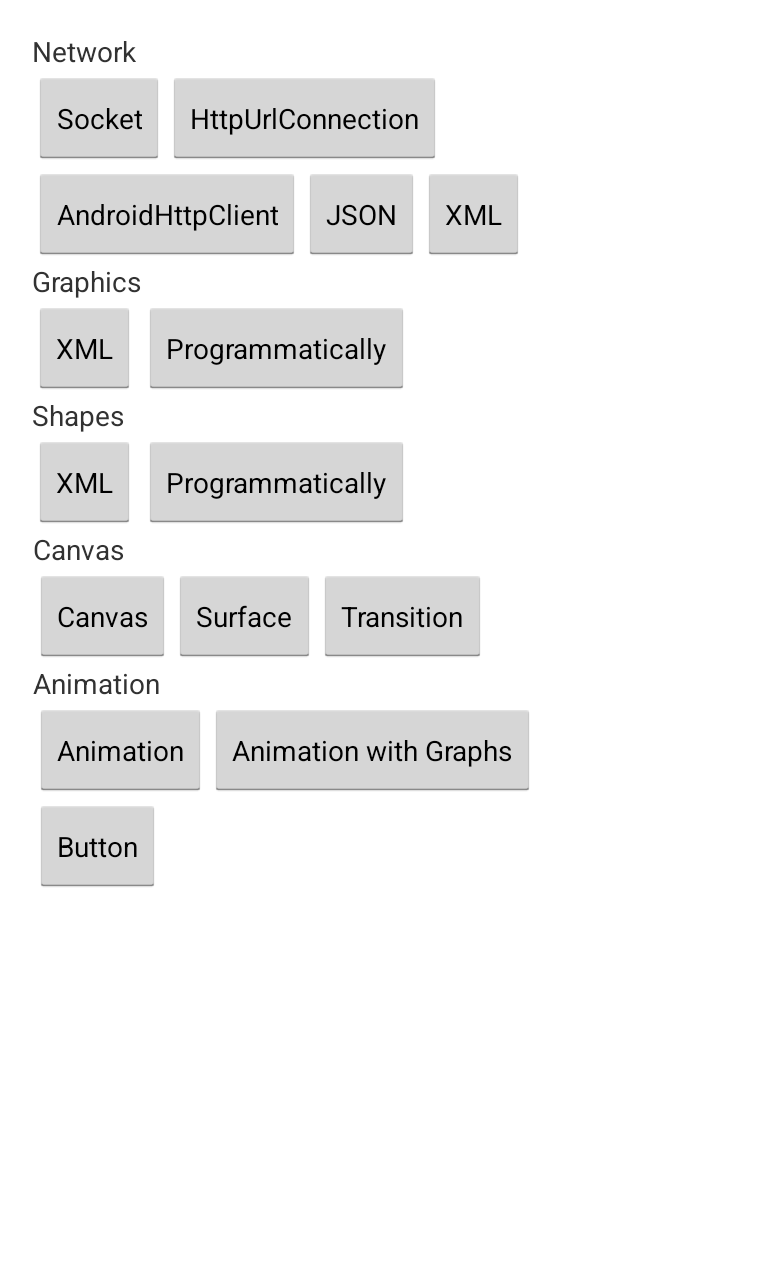
Repository: Amir13/Android_Basic_Steps
Layout: ViewElements4/res/layout/activity_main.xml
These files come from the project's save history. The layout is drawn as it stood at one moment and after the next save; the edit follows.
It is drawn on a 768 x 1280 px phone screen (xhdpi) without system bars, with theme AppTheme; the app's code is not run.

Above is the layout before, as saved 2014-06-09 02:20:45.

### ViewElements4/res/layout/activity_main.xml
<RelativeLayout xmlns:android="http://schemas.android.com/apk/res/android"
    xmlns:tools="http://schemas.android.com/tools"
    android:layout_width="match_parent"
    android:layout_height="match_parent"
    android:paddingBottom="@dimen/activity_vertical_margin"
    android:paddingLeft="@dimen/activity_horizontal_margin"
    android:paddingRight="@dimen/activity_horizontal_margin"
    android:paddingTop="@dimen/activity_vertical_margin"
    tools:context=".MainActivity" >

    <TextView
        android:id="@+id/textView1"
        android:layout_width="wrap_content"
        android:layout_height="wrap_content"
        android:text="@string/network" />

    <Button
        android:id="@+id/btnSocket"
        style="?android:attr/buttonStyleSmall"
        android:layout_width="wrap_content"
        android:layout_height="wrap_content"
        android:layout_alignParentLeft="true"
        android:layout_below="@+id/textView1"
        android:text="Socket" />

    <Button
        android:id="@+id/btnHttp"
        style="?android:attr/buttonStyleSmall"
        android:layout_width="wrap_content"
        android:layout_height="wrap_content"
        android:layout_alignBaseline="@+id/btnSocket"
        android:layout_alignBottom="@+id/btnSocket"
        android:layout_toRightOf="@+id/btnSocket"
        android:text="HttpUrlConnection" />

    <Button
        android:id="@+id/btnAndroid"
        style="?android:attr/buttonStyleSmall"
        android:layout_width="wrap_content"
        android:layout_height="wrap_content"
        android:layout_alignLeft="@+id/btnSocket"
        android:layout_below="@+id/btnSocket"
        android:text="AndroidHttpClient" />

    <Button
        android:id="@+id/btnJson"
        style="?android:attr/buttonStyleSmall"
        android:layout_width="wrap_content"
        android:layout_height="wrap_content"
        android:layout_alignTop="@+id/btnAndroid"
        android:layout_toRightOf="@+id/btnAndroid"
        android:text="JSON" />

    <Button
        android:id="@+id/btnXml"
        style="?android:attr/buttonStyleSmall"
        android:layout_width="wrap_content"
        android:layout_height="wrap_content"
        android:layout_alignBaseline="@+id/btnJson"
        android:layout_alignBottom="@+id/btnJson"
        android:layout_toRightOf="@+id/btnJson"
        android:text="@string/xml" />

    <Button
        android:id="@+id/btnGraphXml"
        style="?android:attr/buttonStyleSmall"
        android:layout_width="wrap_content"
        android:layout_height="wrap_content"
        android:layout_alignLeft="@+id/textView2"
        android:layout_below="@+id/textView2"
        android:text="@string/xml" />

    <Button
        android:id="@+id/btnGraphProg"
        style="?android:attr/buttonStyleSmall"
        android:layout_width="wrap_content"
        android:layout_height="wrap_content"
        android:layout_alignBaseline="@+id/btnGraphXml"
        android:layout_alignBottom="@+id/btnGraphXml"
        android:layout_toRightOf="@+id/textView2"
        android:text="@string/programmatically" />

    <TextView
        android:id="@+id/textView2"
        android:layout_width="wrap_content"
        android:layout_height="wrap_content"
        android:layout_alignLeft="@+id/btnAndroid"
        android:layout_below="@+id/btnAndroid"
        android:text="@string/title_activity_android_graphics" />

    <TextView
        android:id="@+id/textView3"
        android:layout_width="wrap_content"
        android:layout_height="wrap_content"
        android:layout_alignLeft="@+id/btnGraphXml"
        android:layout_below="@+id/btnGraphXml"
        android:text="@string/title_activity_android_shapes" />

    <Button
        android:id="@+id/btnShapeXml"
        style="?android:attr/buttonStyleSmall"
        android:layout_width="wrap_content"
        android:layout_height="wrap_content"
        android:layout_alignLeft="@+id/textView3"
        android:layout_below="@+id/textView3"
        android:text="@string/xml" />

    <Button
        android:id="@+id/btnShapeProgra"
        style="?android:attr/buttonStyleSmall"
        android:layout_width="wrap_content"
        android:layout_height="wrap_content"
        android:layout_alignBaseline="@+id/btnShapeXml"
        android:layout_alignBottom="@+id/btnShapeXml"
        android:layout_alignLeft="@+id/btnGraphProg"
        android:text="@string/programmatically" />

    <TextView
        android:id="@+id/textView4"
        android:layout_width="wrap_content"
        android:layout_height="wrap_content"
        android:layout_alignRight="@+id/textView3"
        android:layout_below="@+id/btnShapeXml"
        android:text="@string/title_activity_android_canvas" />

    <Button
        android:id="@+id/btnCanvas"
        style="?android:attr/buttonStyleSmall"
        android:layout_width="wrap_content"
        android:layout_height="wrap_content"
        android:layout_alignLeft="@+id/textView4"
        android:layout_below="@+id/textView4"
        android:text="@string/title_activity_android_canvas" />

    <Button
        android:id="@+id/btnSurface"
        style="?android:attr/buttonStyleSmall"
        android:layout_width="wrap_content"
        android:layout_height="wrap_content"
        android:layout_alignTop="@+id/btnCanvas"
        android:layout_toRightOf="@+id/btnCanvas"
        android:text="@string/title_activity_android_surface" />

    <Button
        android:id="@+id/btnTransition"
        style="?android:attr/buttonStyleSmall"
        android:layout_width="wrap_content"
        android:layout_height="wrap_content"
        android:layout_alignBottom="@+id/btnSurface"
        android:layout_toRightOf="@+id/btnSurface"
        android:text="@string/title_activity_android_transition" />

    <Button
        android:id="@+id/btnAnimation2"
        style="?android:attr/buttonStyleSmall"
        android:layout_width="wrap_content"
        android:layout_height="wrap_content"
        android:layout_alignTop="@+id/btnAnimation"
        android:layout_toRightOf="@+id/btnAnimation"
        android:text="@string/title_activity_android_animation2" />

    <TextView
        android:id="@+id/textView5"
        android:layout_width="wrap_content"
        android:layout_height="wrap_content"
        android:layout_alignLeft="@+id/btnCanvas"
        android:layout_below="@+id/btnCanvas"
        android:text="@string/title_activity_android_animation" />

    <Button
        android:id="@+id/btnAnimation"
        style="?android:attr/buttonStyleSmall"
        android:layout_width="wrap_content"
        android:layout_height="wrap_content"
        android:layout_alignLeft="@+id/textView5"
        android:layout_below="@+id/textView5"
        android:text="@string/title_activity_android_animation" />

    <Button
        android:id="@+id/button1"
        style="?android:attr/buttonStyleSmall"
        android:layout_width="wrap_content"
        android:layout_height="wrap_content"
        android:layout_alignLeft="@+id/btnAnimation"
        android:layout_below="@+id/btnAnimation"
        android:text="Button" />

</RelativeLayout>

### ViewElements4/res/values/strings.xml
<?xml version="1.0" encoding="utf-8"?>
<resources>

    <string name="app_name">ViewElements4</string>
    <string name="action_settings">Settings</string>
    <string name="network">Network</string>
    <string name="title_activity_http_result">HttpResult</string>
    <string name="title_activity_http_url_connection">NetworkHttpUrlConnection</string>
    <string name="title_activity_android_http">NetworkAndroidHttpClient</string>
    <string name="title_activity_android_json">NetworkAndroidJson</string>
    <string name="title_activity_android_xml">NetworkAndroidXml</string>
    <string name="title_activity_android_graphics">Graphics</string>
    <string name="title_activity_android_shapes">Shapes</string>
    <string name="title_activity_android_shapesXml">Shapes</string>
    <string name="title_activity_android_canvas">Canvas</string>
    <string name="title_activity_android_surface">Surface</string>
    <string name="title_activity_android_transition">Transition</string>
    <string name="title_activity_android_animation">Animation</string>
    <string name="title_activity_android_animation2">Animation with Graphs</string>
    <string name="title_activity_android_value_animation">Value Animation</string>
    <string name="title_activity_android_property_animation">Property Animation</string>
    <string name="http_result">This is the result from http request.</string>
    <string name="textViewRequest">Doing the request.....</string>
    <string name="programmatically">Programmatically</string>
    <string name="xml">XML</string>
    <string name="surface">surface</string>

</resources>

Loaded but not shown: ViewElements4/res/values/styles.xml (common file); ViewElements4/res/values-v11/styles.xml (common file); ViewElements4/res/values-v14/styles.xml (common file); ViewElements4/res/values/dimens.xml (common file)

After the next save:
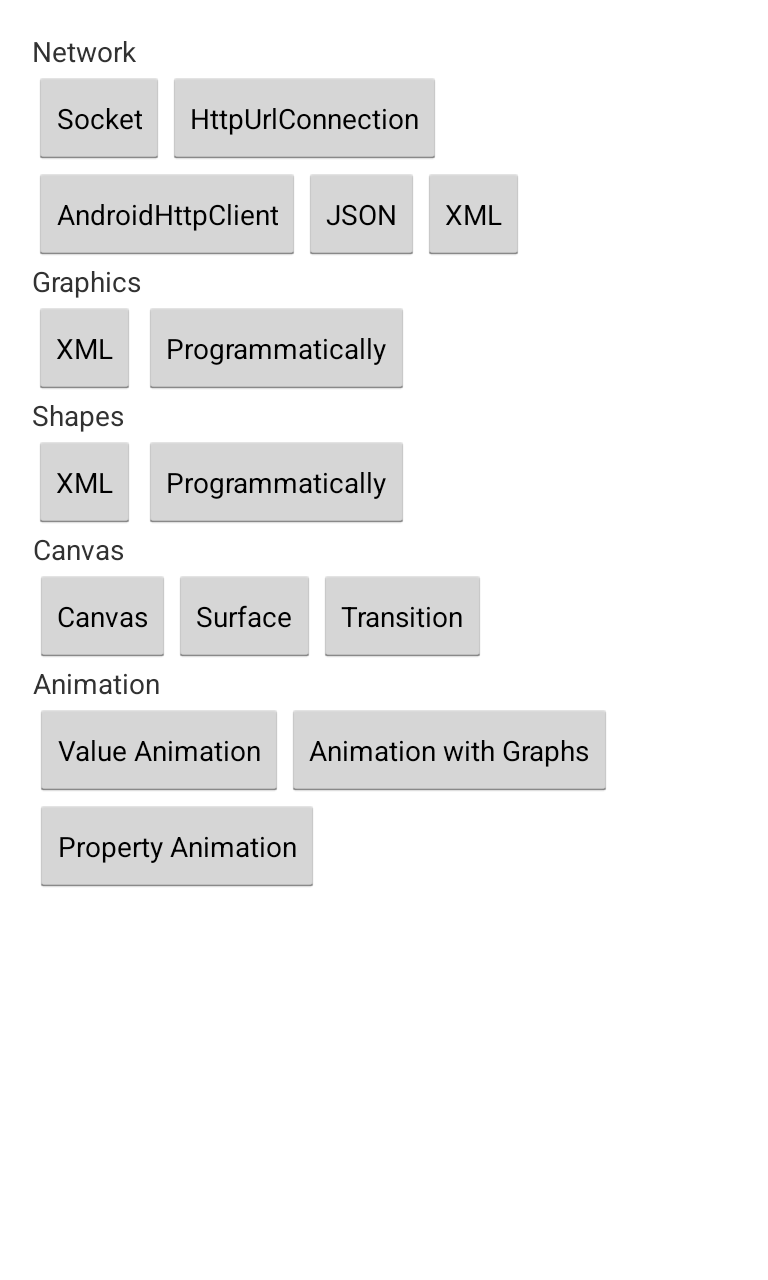
Saved 26 s later.
--- a/ViewElements4/res/layout/activity_main.xml
+++ b/ViewElements4/res/layout/activity_main.xml
@@ -174,7 +174,7 @@
         android:layout_height="wrap_content"
         android:layout_alignLeft="@+id/textView5"
         android:layout_below="@+id/textView5"
-        android:text="@string/title_activity_android_animation" />
+        android:text="@string/title_activity_android_value_animation" />
 
     <Button
         android:id="@+id/button1"
@@ -183,6 +183,6 @@
         android:layout_height="wrap_content"
         android:layout_alignLeft="@+id/btnAnimation"
         android:layout_below="@+id/btnAnimation"
-        android:text="Button" />
+        android:text="@string/title_activity_android_property_animation" />
 
 </RelativeLayout>
